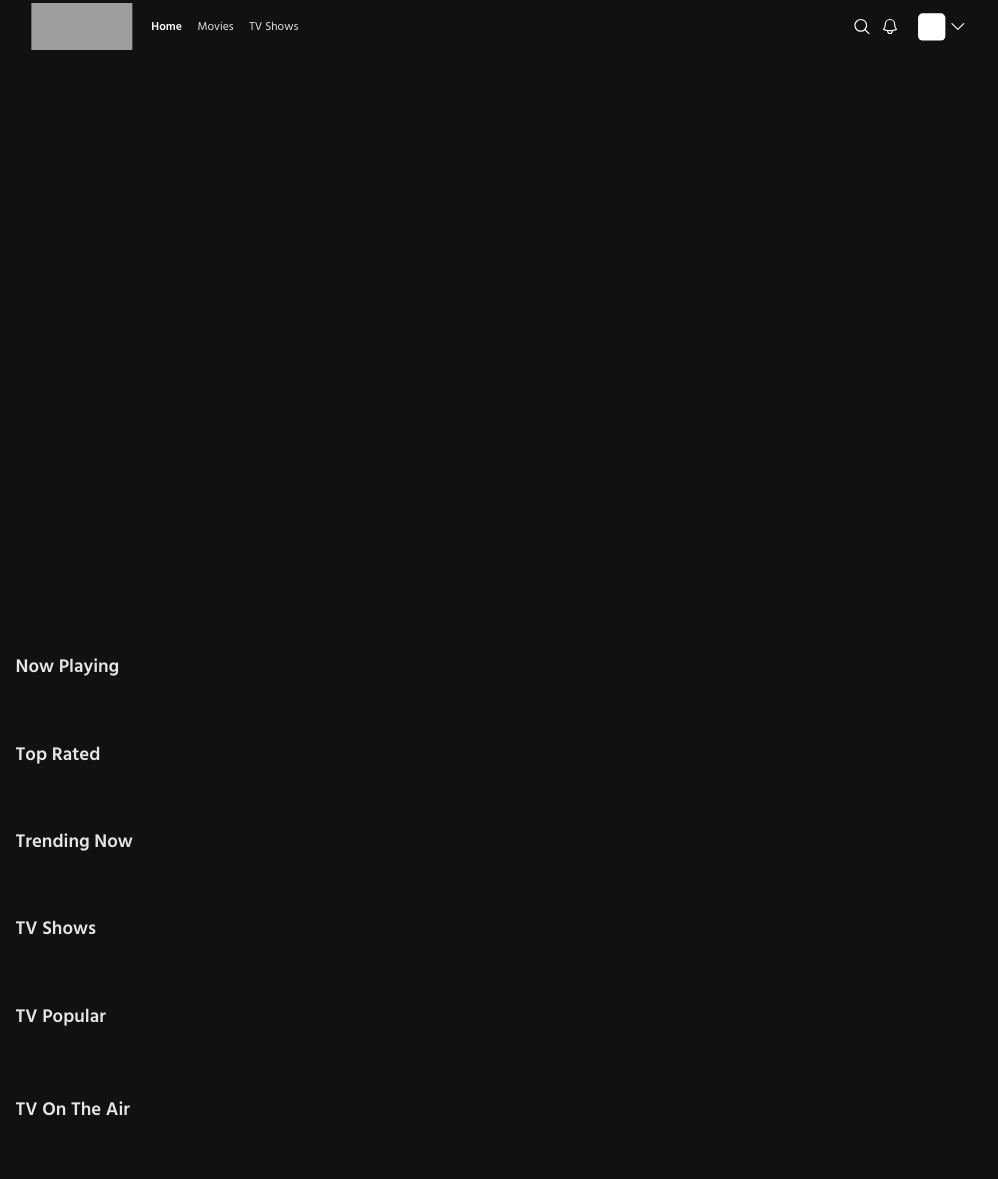
Repository: quynguyenn97/react-movie-app
Page: /
These files come from the project's save history. The page is drawn as it stood at one moment and after a run of saves; the edit follows.
The browser window is 1280 px wide. The pictures show the part of the page from y = 0 to 1512 px (the page is 2028 px tall before and 2012 px after), at 78% of full size.
Pictures or frames that could not be fetched are drawn as grey boxes. The page's requests for data from a server got no answer. The project was rebuilt for these pictures with package versions that can differ from the ones it lists, and the page was loaded fresh each time. No one was signed in, and anything a server would have sent is missing. Also part of the build but not shown: src/banner/Banner.scss, src/hook/useDebounce.js, src/components/button/Button.js, src/components/shows/ShowsCard.js, src/pages/ShowPage.js, src/pages/ShowDetailPage.js, src/components/movie/MovieCard.scss.

Above is the page before, as saved 2022-10-18 22:41:04.

### public/index.html
<!DOCTYPE html>
<html lang="en">
    <head>
        <meta charset="utf-8" />
        <link rel="icon" href="%PUBLIC_URL%/favicon.ico" />
        <meta name="viewport" content="width=device-width, initial-scale=1" />
        <meta name="theme-color" content="#000000" />
        <meta
            name="description"
            content="Web site created using create-react-app" />
        <link rel="apple-touch-icon" href="%PUBLIC_URL%/logo192.png" />
        <!--
      manifest.json provides metadata used when your web app is installed on a
      user's mobile device or desktop. See https://developers.google.com/web/fundamentals/web-app-manifest/
    -->
        <link rel="manifest" href="%PUBLIC_URL%/manifest.json" />
        <!--
      Notice the use of %PUBLIC_URL% in the tags above.
      It will be replaced with the URL of the `public` folder during the build.
      Only files inside the `public` folder can be referenced from the HTML.

      Unlike "/favicon.ico" or "favicon.ico", "%PUBLIC_URL%/favicon.ico" will
      work correctly both with client-side routing and a non-root public URL.
      Learn how to configure a non-root public URL by running `npm run build`.
    -->
        <link rel="preconnect" href="https://fonts.googleapis.com" />
        <link rel="preconnect" href="https://fonts.gstatic.com" crossorigin />
        <link
            href="https://fonts.googleapis.com/css2?family=Hind:wght@400;500;600&display=swap"
            rel="stylesheet" />
        <title>React App</title>
    </head>
    <body>
        <noscript>You need to enable JavaScript to run this app.</noscript>
        <div id="root"></div>
        <!--
      This HTML file is a template.
      If you open it directly in the browser, you will see an empty page.

      You can add webfonts, meta tags, or analytics to this file.
      The build step will place the bundled scripts into the <body> tag.

      To begin the development, run `npm start` or `yarn start`.
      To create a production bundle, use `npm run build` or `yarn build`.
    --></body>
</html>

### src/index.js
import React from "react";
import ReactDOM from "react-dom/client";
import "./index.scss";
import App from "./App";
import reportWebVitals from "./reportWebVitals";
import { BrowserRouter } from "react-router-dom";

const root = ReactDOM.createRoot(document.getElementById("root"));
root.render(
    <BrowserRouter>
        <React.StrictMode>
            <App />
        </React.StrictMode>
    </BrowserRouter>
);

// If you want to start measuring performance in your app, pass a function
// to log results (for example: reportWebVitals(console.log))
// or send to an analytics endpoint. Learn more: https://bit.ly/CRA-vitals
reportWebVitals();

### src/index.scss
@tailwind base;
@tailwind components;
@tailwind utilities;

@layer base {
    body {
        @apply bg-[#111111] font-body   text-white;
    }
}
@layer components {
    .page-container {
        max-width: 1280px;
        @apply mx-auto;
    }
    .movie-list .swiper-slide {
        width: 300px;
        height: auto;
    }
    .banner .swiper {
        height: 100%;
    }
    .btn {
        box-shadow: 0 0 3px 3px rgba(#fc2872, 0.3);
    }
    .btn-custom {
        background: linear-gradient(107.61deg, #00a7b4 15.59%, #a4d96c 87.25%);
        border-radius: 8px;
        box-shadow: 0 0 3px 3px rgba(#a4d96c, 0.3);
    }
    .contact :hover {
        color: #a4d96c;
    }
}
.pagination {
    display: none;
}
.skeleton {
    background-color: #eee;
    background-image: linear-gradient(
        110deg,
        #ececec 8%,
        #f5f5f5 18%,
        #ececec 33%
    );
    background-size: 200% 100%;
    animation: 1.5s shine linear infinite;
}

@keyframes shine {
    to {
        background-position-x: -200%;
    }
}
@media (min-width: 640px) {
    .pagination {
        display: flex;
        align-items: center;
        justify-content: center;
        gap: 20px;
        .selected {
            @apply text-primary;
        }
    }
}

### src/App.js
import { Fragment, lazy, Suspense } from "react";
import Banner from "./banner/Banner";
import "swiper/scss";
import "swiper/css/autoplay";
import { Route, Routes } from "react-router-dom";
import Main from "./layout/Main";
import ShowPage from "./pages/ShowPage";
import ShowDetailsPage from "./pages/ShowDetailPage";
const HomePage = lazy(() => import("./pages/HomePage"));
const MovieDetailsPage = lazy(() => import("./pages/MovieDetailsPage"));
const MoviePage = lazy(() => import("./pages/MoviePage"));

function App() {
    return (
        <Fragment>
            <Suspense fallback={<></>}>
                <Routes>
                    <Route element={<Main></Main>}>
                        <Route
                            path="/"
                            element={
                                <>
                                    <Banner></Banner>
                                    <HomePage></HomePage>
                                </>
                            }></Route>
                        <Route
                            path="/movies"
                            element={<MoviePage></MoviePage>}></Route>
                        <Route
                            path="/movie/:movieId"
                            element={
                                <MovieDetailsPage></MovieDetailsPage>
                            }></Route>
                        <Route
                            path="/shows"
                            element={<ShowPage></ShowPage>}></Route>
                        <Route
                            path="/show/:showId"
                            element={
                                <ShowDetailsPage></ShowDetailsPage>
                            }></Route>
                    </Route>
                </Routes>
            </Suspense>
        </Fragment>
    );
}

export default App;

### src/layout/Main.js
import React, { Fragment } from "react";
import Header from "./Header";
import { Outlet } from "react-router-dom";
const Main = () => {
    return (
        <Fragment>
            <Header></Header>
            <Outlet></Outlet>
        </Fragment>
    );
};

export default Main;

### src/pages/HomePage.js
import React, { Fragment } from "react";
import MovieList from "../components/movie/MovieList";
import ShowsList from "../components/shows/ShowsList";
import Footer from "../layout/Footer";
const HomePage = () => {
    return (
        <Fragment>
            <section className="movies-layout px-5 pb-20">
                <h2 className="text-[#e5e5e5] capitalize text-2xl  sm:text-2xl font-bold">
                    Now playing
                </h2>
                <MovieList></MovieList>
                <div className="movie-list grid grid-cols-4 gap-10"></div>
            </section>
            <section className="movies-layout px-5 pb-20">
                <h2 className="text-[#e5e5e5] capitalize  text-2xl sm:text-2xl font-bold">
                    Top Rated
                </h2>
                <MovieList type="top_rated"></MovieList>
            </section>
            <section className="movies-layout px-5 pb-20">
                <h2 className="text-[#e5e5e5] capitalize text-2xl sm:text-2xl font-bold">
                    Trending Now
                </h2>
                <MovieList type="popular"></MovieList>
            </section>

            <section className="movies-layout px-5 pb-20">
                <h2 className="text-[#e5e5e5] capitalizetext-2xl sm:text-2xl font-bold">
                    TV Shows
                </h2>
                <ShowsList></ShowsList>
            </section>
            <section className="movies-layout px-5 pb-20">
                <h2 className="text-[#e5e5e5] capitalize mb-2 text-2xl sm:text-2xl font-bold">
                    TV Popular
                </h2>
                <ShowsList type="popular"></ShowsList>
            </section>
            <section className="movies-layout px-5 pb-20">
                <h2 className="text-[#e5e5e5] capitalize mb-2 text-2xl sm:text-2xl font-bold">
                    TV On The Air
                </h2>
                <ShowsList type="on_the_air"></ShowsList>
            </section>
            <Footer />
        </Fragment>
    );
};

export default HomePage;

### src/config.js
export const fetcher = (...args) => fetch(...args).then((res) => res.json());
export const apiKey = "5b6bd71d2eb24fb649d55629a64802ff";
const tmdbEndpoint = "https://api.themoviedb.org/3/movie";
const tmdbEndpointTV = "https://api.themoviedb.org/3/tv";
const tmdbEndpointSearch = "https://api.themoviedb.org/3/search/movie";
const tmdbEndpointSearchTV = "https://api.themoviedb.org/3/search/tv";
export const tmdbAPI = {
    getMovieList: (type, page = 2) =>
        `${tmdbEndpoint}/${type}?api_key=${apiKey}&page=${page}`,
    getMovieDetails: (movieId) =>
        `${tmdbEndpoint}/${movieId}?api_key=${apiKey}`,
    getMovieMeta: (movieId, type) =>
        `${tmdbEndpoint}/${movieId}/${type}?api_key=${apiKey}`,
    getMovieSearch: (query, page) =>
        `${tmdbEndpointSearch}?api_key=${apiKey}&query=${query}&page=${page}`,
    getTVList: (type, page = 1) =>
        `${tmdbEndpointTV}/${type}?api_key=${apiKey}&page=${page}`,
    getTVSearch: (query, page) =>
        `${tmdbEndpointSearchTV}?api_key=${apiKey}&query=${query}&page=${page}`,
    getTVDetails: (showId) => `${tmdbEndpointTV}/${showId}?api_key=${apiKey}`,
    getTVMeta: (showId, type) =>
        `${tmdbEndpointTV}/${showId}/${type}?api_key=${apiKey}`,

    imageOriginal: (url) => `https://image.tmdb.org/t/p/original/${url}`,
    image500: (url) => `https://image.tmdb.org/t/p/w500/${url}`,
};

### src/components/movie/MovieList.js
import React, { useEffect, useState } from "react";
import { SwiperSlide, Swiper } from "swiper/react";
import useSWR from "swr";
import { fetcher } from "../../config";
import MovieCard, { MovieCardSkeleton } from "./MovieCard";
import { tmdbAPI } from "../../config";

const MovieList = ({ type = "now_playing" }) => {
    const { data, error } = useSWR(tmdbAPI.getMovieList(type), fetcher);
    const isLoading = !data && !error;
    const movie = data?.results || [];
    return (
        <div className="movie-list">
            {isLoading && (
                <>
                    <Swiper
                        grabCursor={"true"}
                        spaceBetween={40}
                        slidesPerView={"auto"}>
                        <SwiperSlide>
                            <MovieCardSkeleton></MovieCardSkeleton>
                        </SwiperSlide>
                        <SwiperSlide>
                            <MovieCardSkeleton></MovieCardSkeleton>
                        </SwiperSlide>
                        <SwiperSlide>
                            <MovieCardSkeleton></MovieCardSkeleton>
                        </SwiperSlide>
                        <SwiperSlide>
                            <MovieCardSkeleton></MovieCardSkeleton>
                        </SwiperSlide>
                        <SwiperSlide>
                            <MovieCardSkeleton></MovieCardSkeleton>
                        </SwiperSlide>
                    </Swiper>
                </>
            )}
            {!isLoading && (
                <Swiper
                    grabCursor={"true"}
                    spaceBetween={10}
                    slidesPerView={"auto"}>
                    {movie &&
                        movie.length > 0 &&
                        movie.map((item) => {
                            return (
                                <SwiperSlide key={`movie-${item.id}`}>
                                    <MovieCard item={item}></MovieCard>
                                </SwiperSlide>
                            );
                        })}
                </Swiper>
            )}
        </div>
    );
};

export default MovieList;

### src/components/shows/ShowsList.js
import React from "react";
import { SwiperSlide, Swiper } from "swiper/react";
import useSWR from "swr";
import { fetcher } from "../../config";
import { MovieCardSkeleton } from "../movie/MovieCard";
import { tmdbAPI } from "../../config";
import ShowsCard from "./ShowsCard";

const ShowList = ({ type = "top_rated" }) => {
    const { data, error } = useSWR(tmdbAPI.getTVList(type), fetcher);
    const isLoading = !data && !error;
    const show = data?.results || [];
    return (
        <div className="movie-list">
            {isLoading && (
                <>
                    <Swiper
                        grabCursor={"true"}
                        spaceBetween={40}
                        slidesPerView={"auto"}>
                        <SwiperSlide>
                            <MovieCardSkeleton></MovieCardSkeleton>
                        </SwiperSlide>
                        <SwiperSlide>
                            <MovieCardSkeleton></MovieCardSkeleton>
                        </SwiperSlide>
                        <SwiperSlide>
                            <MovieCardSkeleton></MovieCardSkeleton>
                        </SwiperSlide>
                        <SwiperSlide>
                            <MovieCardSkeleton></MovieCardSkeleton>
                        </SwiperSlide>
                        <SwiperSlide>
                            <MovieCardSkeleton></MovieCardSkeleton>
                        </SwiperSlide>
                    </Swiper>
                </>
            )}
            {!isLoading && (
                <Swiper
                    grabCursor={"true"}
                    spaceBetween={40}
                    slidesPerView={"auto"}>
                    {show &&
                        show.length > 0 &&
                        show.map((item) => {
                            return (
                                <SwiperSlide key={`movie-${item.id}`}>
                                    <ShowsCard item={item}></ShowsCard>
                                </SwiperSlide>
                            );
                        })}
                </Swiper>
            )}
        </div>
    );
};

export default ShowList;

### src/layout/Footer.js
import React from "react";

const Footer = () => {
    return (
        <div className="w-full h-[500px] relative">
            <img
                src="https://movie-clone-sigma.vercel.app/static/media/footer-bg.67e95f05e76a8cebf7e2.jpg"
                alt=""
                className="object-cover h-[500px] w-full absolute"
            />
            <h3 className="text-[#fc2872] absolute text-2xl font-bold bottom-[45%] left-[25%] sm:left-[45%] contact">
                <a href="https://www.facebook.com/nguyenhoangtrongquy/">
                    Contact Me
                </a>
            </h3>
        </div>
    );
};

export default Footer;

### src/components/movie/MovieCard.js
import React from "react";
import { useNavigate } from "react-router-dom";
import Button from "../button/Button";
import { tmdbAPI } from "../../config";
import LoadingSkeleton from "../loading/LoadingSkeleton";
import "./MovieCard.scss";
const MovieCard = ({ item }) => {
    const { title, vote_average, release_date, poster_path, id } = item;
    const navigate = useNavigate();
    return (
        <div className="movie-card flex flex-col rounded-3xl pr-5 pt-8 pb-8 bg-[#111111] w-[290px] sm:w-full h-full text-white select-none">
            <img
                src={tmdbAPI.image500(poster_path)}
                alt=""
                className="w-full h-full object-cover rounded-3xl mb-2"
            />
            <div className="flex flex-col flex-1">
                <h3 className="text-white font-bold text-lg">{title}</h3>
                <div className="flex items-center justify-between text-sm  mb-3 text-white font-bold">
                    <span className="opacity-50">
                        {new Date(release_date).getFullYear()}
                    </span>
                    <div className="flex gap-1">
                        <span>
                            <svg
                                xmlns="http://www.w3.org/2000/svg"
                                fill="none"
                                viewBox="0 0 24 24"
                                strokeWidth="1.5"
                                stroke="currentColor"
                                className="w-4 h-4 text-yellow-500">
                                <path
                                    strokeLinecap="round"
                                    strokeLinejoin="round"
                                    d="M11.48 3.499a.562.562 0 011.04 0l2.125 5.111a.563.563 0 00.475.345l5.518.442c.499.04.701.663.321.988l-4.204 3.602a.563.563 0 00-.182.557l1.285 5.385a.562.562 0 01-.84.61l-4.725-2.885a.563.563 0 00-.586 0L6.982 20.54a.562.562 0 01-.84-.61l1.285-5.386a.562.562 0 00-.182-.557l-4.204-3.602a.563.563 0 01.321-.988l5.518-.442a.563.563 0 00.475-.345L11.48 3.5z"
                                />
                            </svg>
                        </span>
                        <span className="text-yellow-500">
                            {Math.ceil(vote_average)}
                        </span>
                    </div>
                </div>
                <Button
                    bgColor="primary"
                    className="btn"
                    onClick={() => navigate(`/movie/${id}`)}>
                    Watch now
                </Button>
            </div>
        </div>
    );
};
export default MovieCard;
export const MovieCardSkeleton = () => {
    return (
        <div className="movie-card flex flex-col rounded-lg p-3 bg-slate-800 text-white h-full select-none">
            <LoadingSkeleton
                width="100%"
                height="250px"
                radius="8px"
                className="mb-5"></LoadingSkeleton>
            <div className="flex flex-col flex-1">
                <h3 className="text-xl font-bold mb-3">
                    <LoadingSkeleton
                        width="100%"
                        height="20px"></LoadingSkeleton>
                </h3>
                <div className="flex items-center justify-between text-sm opacity-50 mb-10">
                    <span>
                        <LoadingSkeleton
                            width="50px"
                            height="10px"></LoadingSkeleton>
                    </span>
                    <span>
                        <LoadingSkeleton
                            width="30px"
                            height="10px"></LoadingSkeleton>
                    </span>
                </div>
                <LoadingSkeleton
                    width="100%"
                    height="45px"
                    radius="6px"></LoadingSkeleton>
            </div>
        </div>
    );
};

### src/layout/Header.scss
.navbar active {
    background-color: white;
}
.left-input {
    font-size: 15px;
    border: none;
    color: #fff;
    outline: none;
    width: 0px;
    padding: 5px;
    background: #111111;
    border: 1px solid #fff;
    transition: width 0.5s;
    cursor: pointer;
    opacity: 0;
    z-index: 10;

    &:focus {
        padding-left: 15px;
        width: 250px;
        cursor: text;
        opacity: 1;
        padding-left: 30px;
        z-index: -1;
    }
}
.logo {
    cursor: pointer;
}
.search {
    top: 5px;
    cursor: pointer;
}

### src/components/loading/LoadingSkeleton.js
import React from "react";

const LoadingSkeleton = (props) => {
    return (
        <div
            className={`skeleton ${props.className}`}
            style={{
                height: props.height,
                width: props.width || "100%",
                borderRadius: props.radius,
            }}></div>
    );
};

export default LoadingSkeleton;

### tailwind.config.js
/** @type {import('tailwindcss').Config} */
module.exports = {
    content: ["./src/**/*.{js,jsx,ts,tsx}"],
    theme: {
        extend: {
            fontFamily: {
                body: ["Hind", "sans-serif"],
            },
            colors: {
                primary: "#FC2872",
                secondary: "#6F5CF1",
            },
        },
    },
    plugins: [],
};

Loaded but not shown: src/reportWebVitals.js (common file); src/layout/Header.js (121 lines, source omitted); src/banner/Banner.js (105 lines, source omitted)

After the next 2 saves:
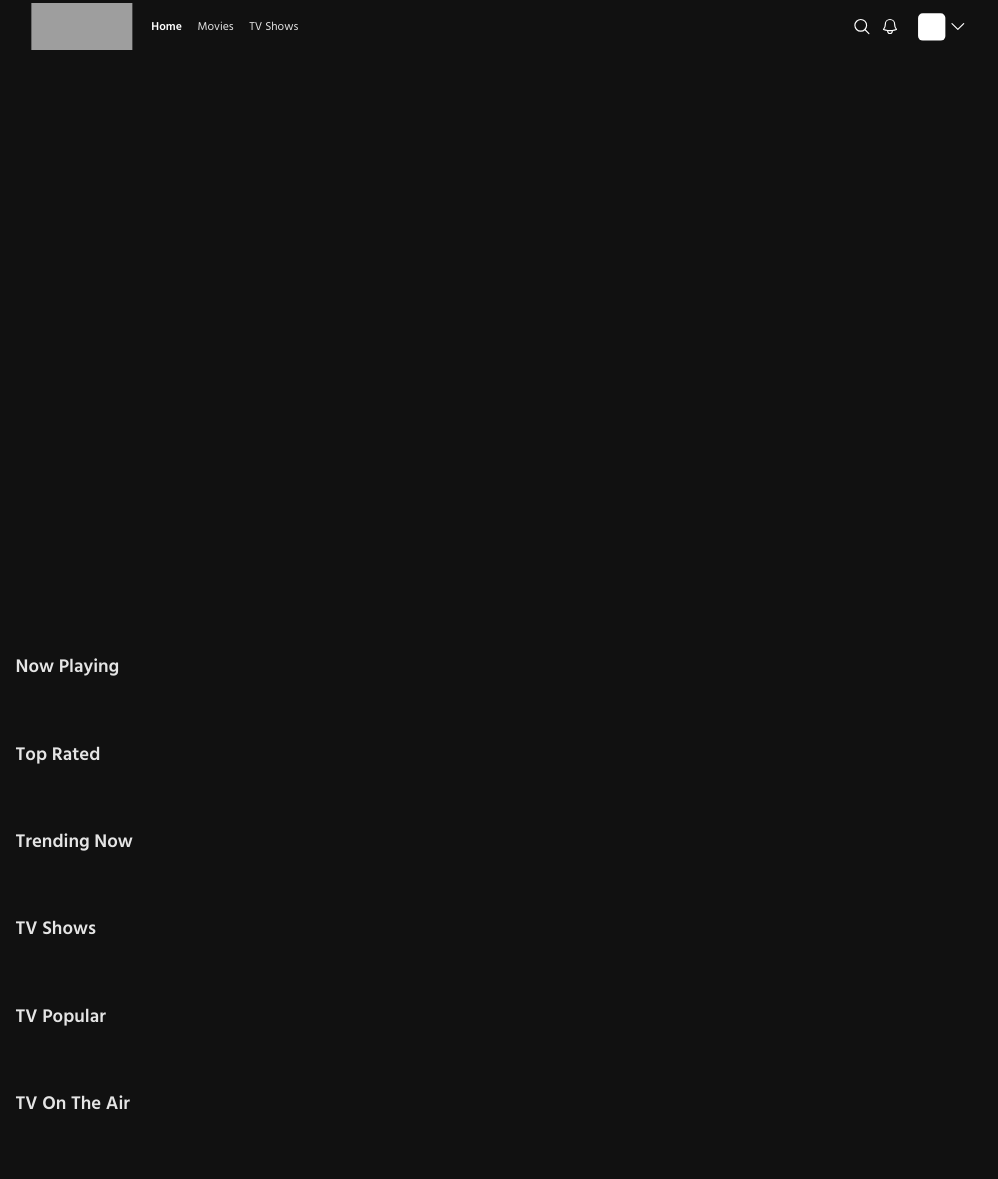
The 2 saves are shown as one change because they came seconds apart.
The last was saved 6 s later.
--- a/src/pages/HomePage.js
+++ b/src/pages/HomePage.js
@@ -32,13 +32,13 @@
                 <ShowsList></ShowsList>
             </section>
             <section className="movies-layout px-5 pb-20">
-                <h2 className="text-[#e5e5e5] capitalize mb-2 text-2xl sm:text-2xl font-bold">
+                <h2 className="text-[#e5e5e5] capitalize text-2xl sm:text-2xl font-bold">
                     TV Popular
                 </h2>
                 <ShowsList type="popular"></ShowsList>
             </section>
             <section className="movies-layout px-5 pb-20">
-                <h2 className="text-[#e5e5e5] capitalize mb-2 text-2xl sm:text-2xl font-bold">
+                <h2 className="text-[#e5e5e5] capitalize text-2xl sm:text-2xl font-bold">
                     TV On The Air
                 </h2>
                 <ShowsList type="on_the_air"></ShowsList>
